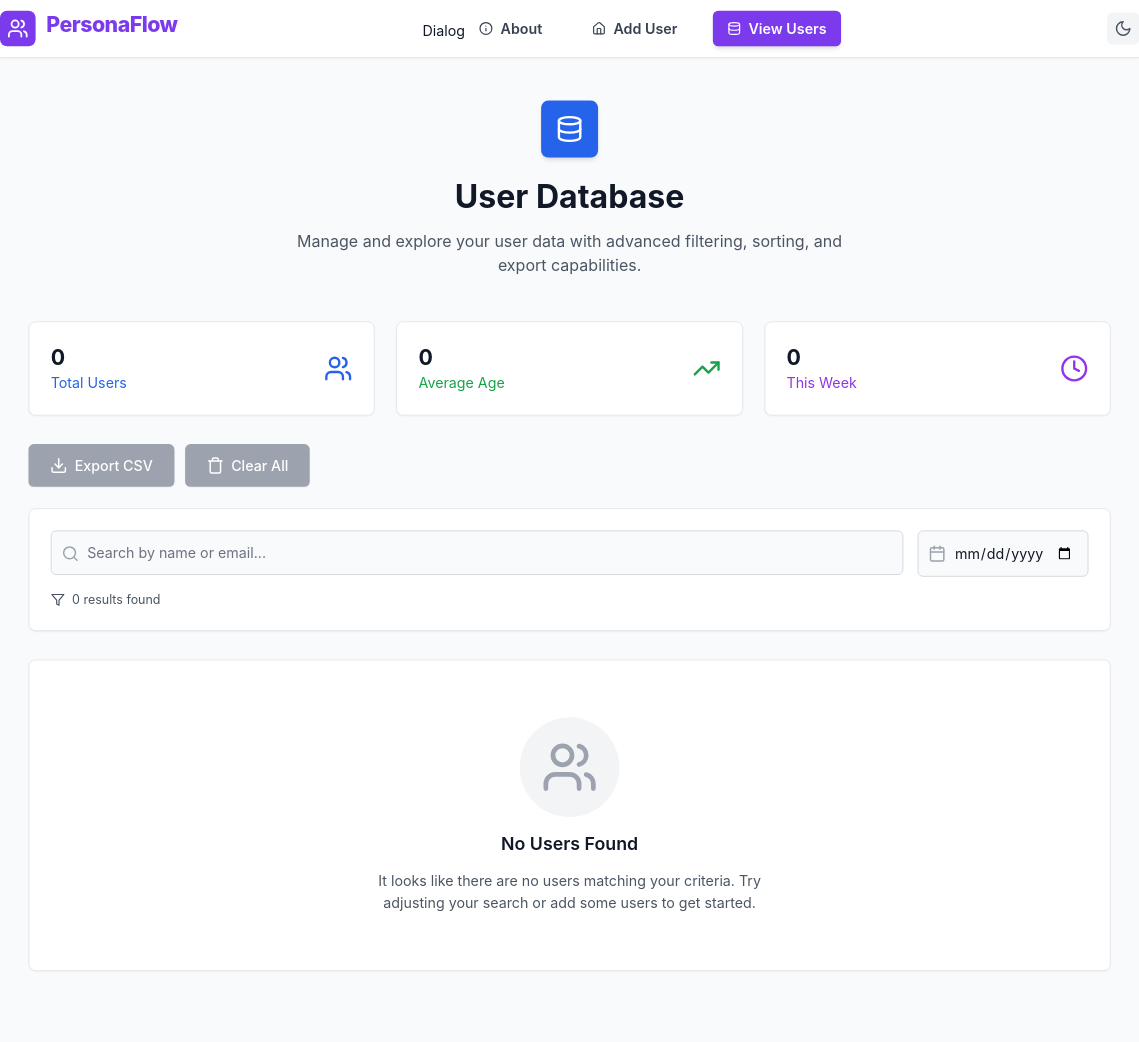
Repository: nikunjagarwal05/PersonaFlow
Page: /view
These files come from the project's save history. The page is drawn as it stood at one moment and after the next save; the edit follows.
The browser window is 1280 px wide. The pictures show the whole page, at 89% of full size.
The project was rebuilt for these pictures with package versions that can differ from the ones it lists, and the page was loaded fresh each time. Also part of the build but not shown: vite.config.ts, src/components/Toast.jsx, src/components/UserForm.jsx, src/pages/Home.jsx, src/components/Pagination.jsx, src/pages/About.jsx.

Above is the page before, as saved 2025-06-10 18:24:36.

After the next save:
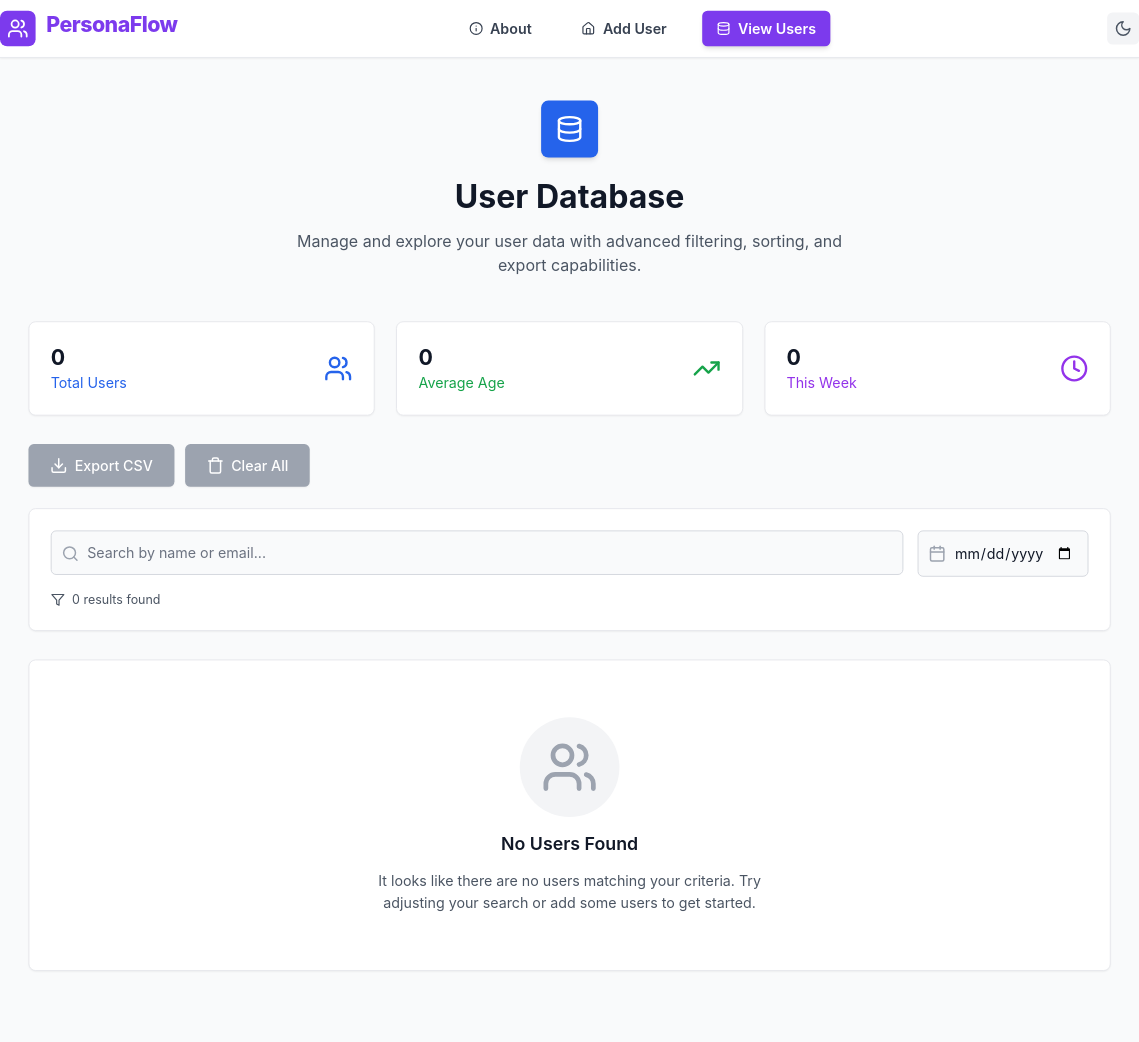
Saved 5 s later.
--- a/src/components/Navbar.jsx
+++ b/src/components/Navbar.jsx
@@ -1,7 +1,6 @@
 import React from 'react';
 import { Link, useLocation } from 'react-router-dom';
 import { Home, Database, Moon, Sun, Users, Info } from 'lucide-react';
-import { Dialog } from '@headlessui/react';
 
 // Navbar component provides navigation and dark mode toggle
 const Navbar = ({ darkMode, toggleDarkMode }) => {
@@ -27,7 +26,9 @@ const Navbar = ({ darkMode, toggleDarkMode }) => {
           {/* Nav Links Centered */}
           <div className="flex-1 flex justify-center">
             <div className="flex items-baseline space-x-6">
-              Dialog
+              <div>
+
+              </div>
               <Link
                 to="/"
                 className={`px-4 py-2 rounded-md font-semibold transition-all duration-200 flex items-center space-x-2 ${
